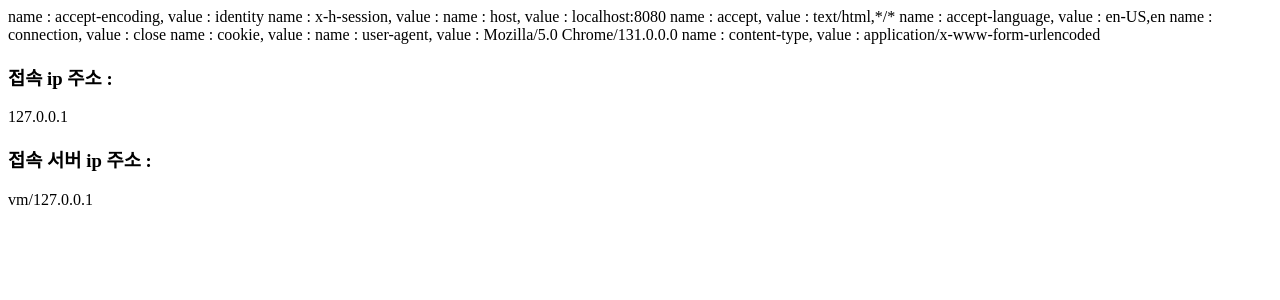
Repository: songyooon/java2
Page: http://localhost/practice03/02Header.jsp
The author's editor kept a copy of each file at every save. The page is drawn from the files as they stood at one save, then again after the next save.
The browser window is 1280 px wide. The pictures show the whole page.
The page is served by Tomcat 9. Other server files are loaded and not shown.

Above is the page before, as saved 2022-11-10 02:09:45.

### practice03/WebContent/02Header.jsp
<%@ page language="java" contentType="text/html; charset=UTF-8"
    pageEncoding="UTF-8"%>
<%@ taglib prefix="c" uri="http://java.sun.com/jsp/jstl/core" %>
<%@ taglib prefix="fmt" uri="http://java.sun.com/jsp/jstl/fmt" %>
<%@ page import="java.util.*" %>
<%@ page import="java.text.*, java.net.InetAddress" %>
<%@ include file="common.jsp" %>
<!DOCTYPE html>
<html>
<head>
<meta charset="UTF-8">
<title>Header 정보 출력</title>
</head>
<body>
<%
	Enumeration e = request.getHeaderNames();
	while(e.hasMoreElements()){
		String name = (String) e.nextElement();
		String value = (String) request.getHeader(name);
		out.println("name : "+name+", value : "+value);
	}
	out.println("<h3>접속 ip 주소 : </h3>"+request.getLocalAddr());
	InetAddress ipaddr = InetAddress.getLocalHost();
	out.println("<h3>접속 서버 ip 주소 : </h3>"+ipaddr);

%>
</body>
</html>

Loaded but not shown: practice03/WebContent/common.jsp (common file)

After the next save:
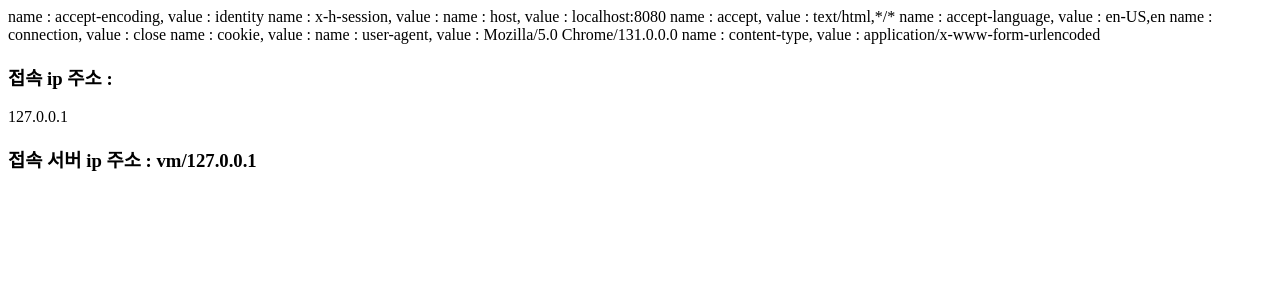
Saved 80 s later.
--- a/practice03/WebContent/02Header.jsp
+++ b/practice03/WebContent/02Header.jsp
@@ -21,7 +21,7 @@
 	}
 	out.println("<h3>접속 ip 주소 : </h3>"+request.getLocalAddr());
 	InetAddress ipaddr = InetAddress.getLocalHost();
-	out.println("<h3>접속 서버 ip 주소 : </h3>"+ipaddr);
+	out.println("<h3>접속 서버 ip 주소 : "+ipaddr+"</h3>");
 
 %>
 </body>
